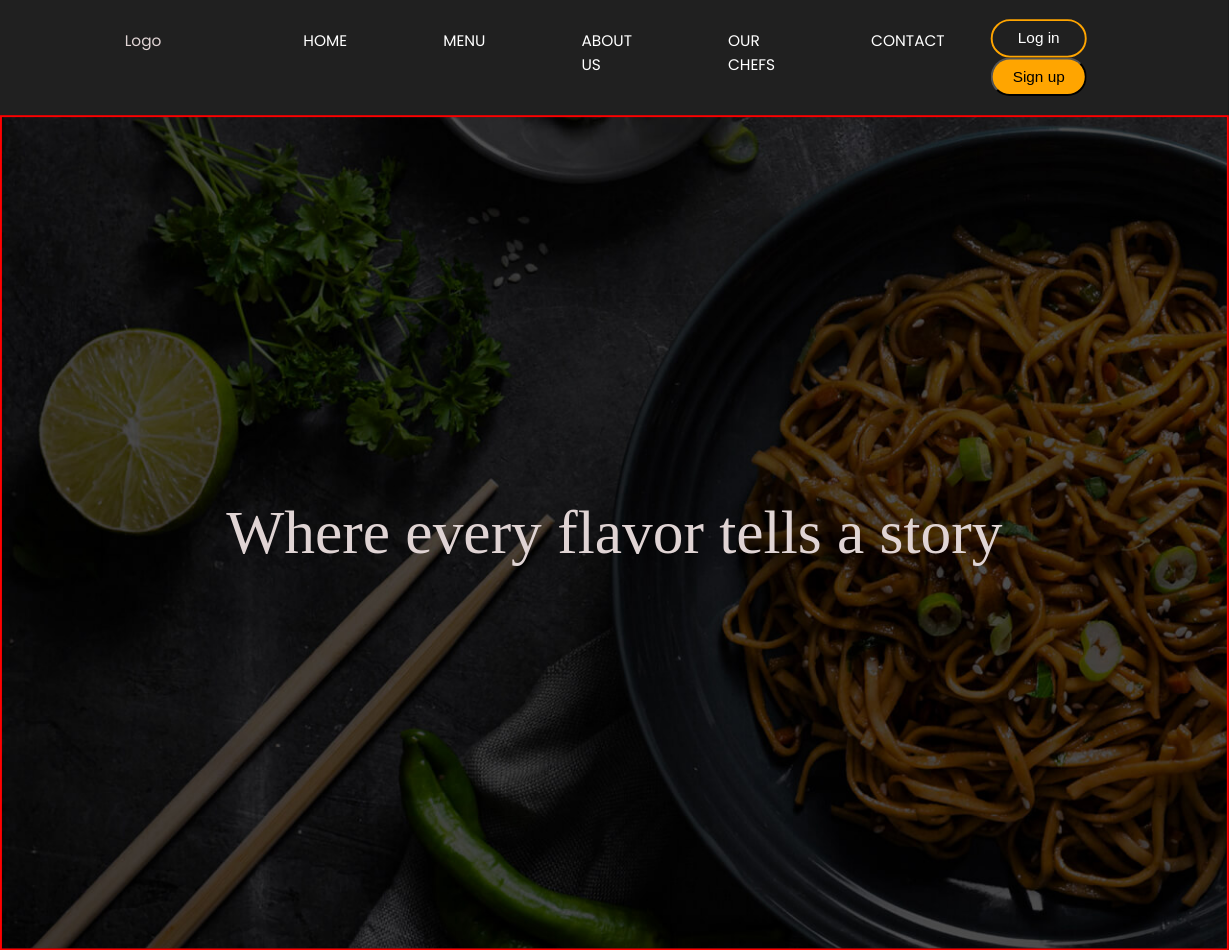
Repository: ThisIsSahaj/NSP
Page: index.html
These files come from the project's save history. The page is drawn as it stood at one moment and after the next save; the edit follows.
The browser window is 1280 px wide. The pictures show the whole page, at 96% of full size.

Above is the page before, as saved 2023-11-06 13:53:20.

After the next save:
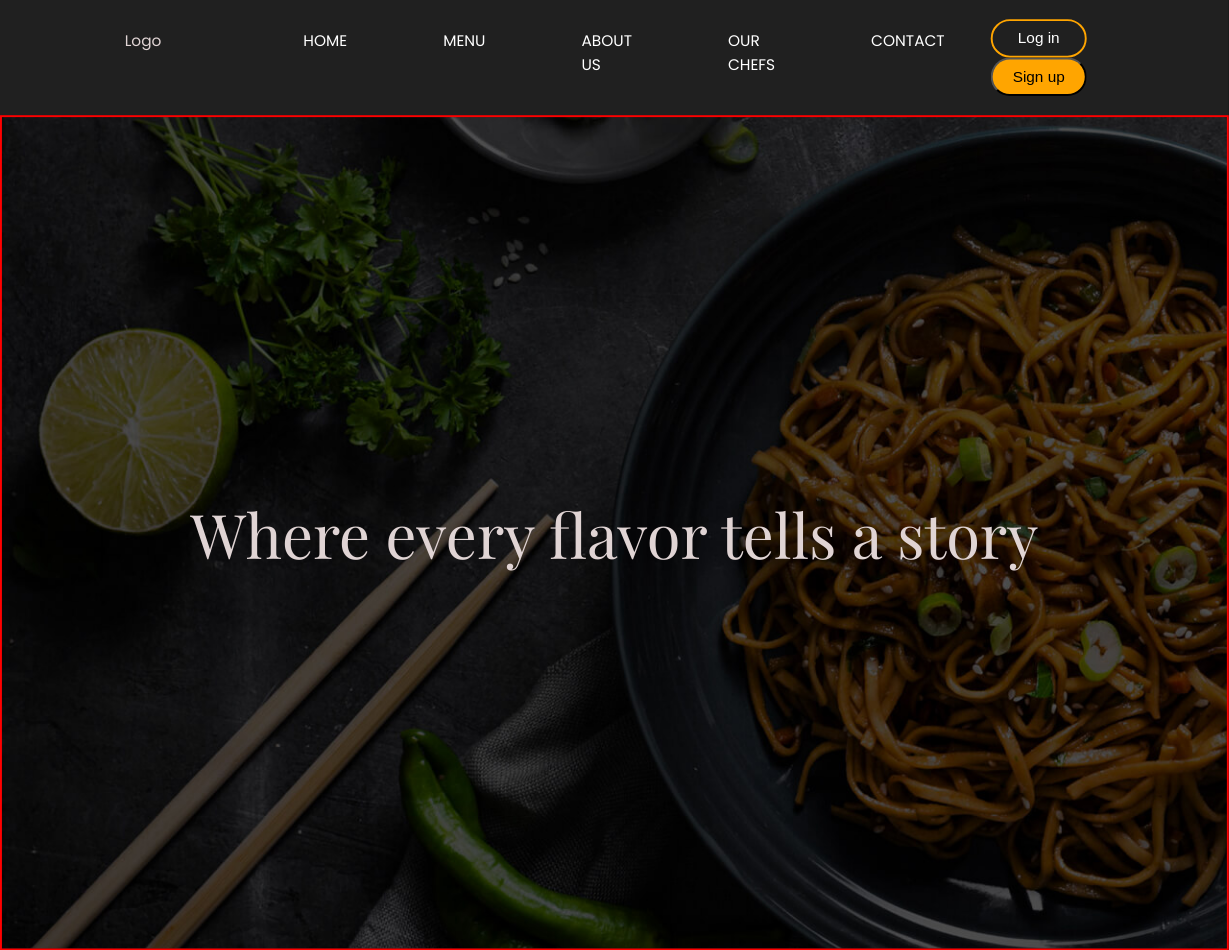
Saved 5 s later.
--- a/style.css
+++ b/style.css
@@ -126,5 +126,5 @@ color: white;
     justify-content: center;
     align-items: center;
     font-size: 64px;
-    font-family: "Playfair+Display";
+    font-family: "Playfair Display";
 }
